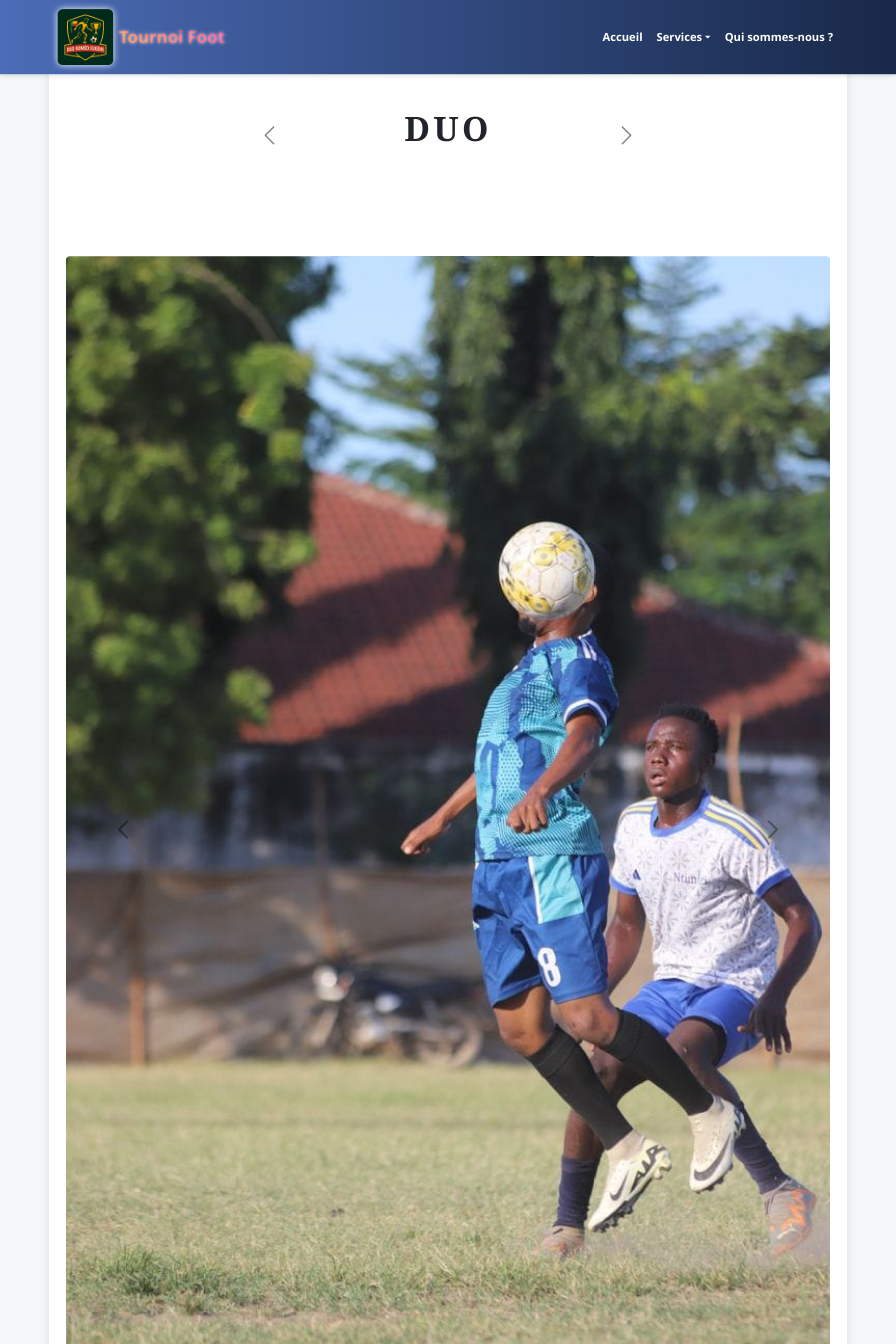
Repository: KILAYOSSI/tournoi_foot
Page: templates/pages/home.html.twig
These files come from the project's save history. The page is drawn as it stood at one moment and after the next save; the edit follows.
The browser window is 1280 px wide. The pictures show the part of the page from y = 0 to 1920 px (the page is 3385 px tall before and 3315 px after), at 70% of full size.
The page is a Twig template of a Symfony application; nobody is signed in and links lead nowhere. The template is opened directly, without the code that normally fills it, so the values that code supplies are empty.

Above is the page before, as saved 2025-06-24 21:29:28.

### templates/pages/home.html.twig
{% extends 'base.html.twig' %}

{% block title %}Accueil - Tournoi de Football Inter-Village{% endblock %}

{% block body %}
<div class="container my-5">
<div class="banner rounded overflow-hidden position-relative mb-5" style="height: 250px; overflow: hidden; border-radius: 0.5rem; position: relative; margin-top: 0.5rem;">
        <div id="carouselTournoi" class="carousel slide position-absolute top-50 start-50 translate-middle" data-bs-ride="carousel" data-bs-interval="3000" style="width: 100%; max-width: 600px;">
            <div class="carousel-inner">
                <div class="carousel-item active">
                    <h1 class="text-dark display-4 fw-bold text-center" style="font-family: 'Georgia', serif; font-weight: 900; font-size: 3rem; letter-spacing: 0.1em; text-transform: uppercase;">TOURNOI</h1>
                </div>
                <div class="carousel-item">
                    <h1 class="text-dark display-4 fw-bold text-center" style="font-family: 'Georgia', serif; font-weight: 900; font-size: 3rem; letter-spacing: 0.1em; text-transform: uppercase;">DUO</h1>
                </div>
                <div class="carousel-item">
                    <h1 class="text-dark display-4 fw-bold text-center" style="font-family: 'Georgia', serif; font-weight: 900; font-size: 3rem; letter-spacing: 0.1em; text-transform: uppercase;">ROMEO</h1>
                </div>
                <div class="carousel-item">
                    <h1 class="text-dark display-4 fw-bold text-center" style="font-family: 'Georgia', serif; font-weight: 900; font-size: 3rem; letter-spacing: 0.1em; text-transform: uppercase;">EUGENE</h1>
                </div>
            </div>
            <button class="carousel-control-prev" type="button" data-bs-target="#carouselTournoi" data-bs-slide="prev" style="filter: invert(1);">
                <span class="carousel-control-prev-icon" aria-hidden="true"></span>
                <span class="visually-hidden">Précédent</span>
            </button>
            <button class="carousel-control-next" type="button" data-bs-target="#carouselTournoi" data-bs-slide="next" style="filter: invert(1);">
                <span class="carousel-control-next-icon" aria-hidden="true"></span>
                <span class="visually-hidden">Suivant</span>
            </button>
        </div>
    </div>
    <div id="carouselImages" class="carousel slide image-below-header rounded overflow-hidden mb-5" data-bs-ride="carousel" data-bs-interval="3000" style="height: auto; overflow: hidden; border-radius: 0.5rem;">
        <div class="carousel-inner">
            <div class="carousel-item active">
                <img src="{{ asset('/assets/WhatsApp Image 2025-06-24 à 20.09.41_6bca5883.jpg') }}" class="d-block w-100" alt="Image 1" style="object-fit: cover;">
            </div>
            <div class="carousel-item">
                <img src="{{ asset('/assets/WhatsApp Image 2025-06-02 à 13.04.59_20d5f18b.jpg') }}" class="d-block w-100" alt="Image 2" style="object-fit: cover;">
            </div>
            <div class="carousel-item">
                <img src="{{ asset('/assets/WhatsApp Image 2025-06-02 à 13.04.59_9823f334.jpg') }}" class="d-block w-100" alt="Image 3" style="object-fit: cover;">
            </div>
        </div>
        <button class="carousel-control-prev" type="button" data-bs-target="#carouselImages" data-bs-slide="prev" style="filter: invert(1);">
            <span class="carousel-control-prev-icon" aria-hidden="true"></span>
            <span class="visually-hidden">Précédent</span>
        </button>
        <button class="carousel-control-next" type="button" data-bs-target="#carouselImages" data-bs-slide="next" style="filter: invert(1);">
            <span class="carousel-control-next-icon" aria-hidden="true"></span>
            <span class="visually-hidden">Suivant</span>
        </button>
    </div>

    <section class="mb-5">
        <h2 class="mb-4">À PROPOS</h2>
        <div class="row text-center g-4">
            <div class="col-md-3">
                <a href="{{ path('clubs_joueurs') }}" class="btn btn-outline-primary shadow-sm p-4 h-100 d-flex flex-column justify-content-center align-items-center text-decoration-none text-dark rounded" style="font-size: 1.2rem; border-radius: 1rem;">
                    <div class="mb-3 d-flex justify-content-center align-items-center" style="font-size: 30px;">
                        <span style="border: 2px solid black; border-radius: 50%; width: 30px; height: 30px; display: inline-block;"></span>
                    </div>
                    <h5 class="fw-bold">DES ÉQUIPES</h5>
                    <p>Un tournoi avec de nombreuses équipes</p>
                </a>
            </div>
            <div class="col-md-3">
                <a href="{{ path('phase_qualificative') }}" class="btn btn-outline-danger shadow-sm p-4 h-100 d-flex flex-column justify-content-center align-items-center text-decoration-none text-dark rounded" style="font-size: 1.2rem; border-radius: 1rem;">
                    <div class="mb-3 d-flex flex-column justify-content-center align-items-center" style="font-size: 30px; gap: 6px;">
                        <div style="width: 25px; height: 3px; background-color: black;"></div>
                        <div style="width: 25px; height: 3px; background-color: black;"></div>
                        <div style="width: 25px; height: 3px; background-color: black;"></div>
                    </div>
                    <h5 class="fw-bold">PHASE QUALIFICATIVE</h5>
                    <p>Un système de qualification compétitif</p>
                </a>
            </div>
            <div class="col-md-3">
                <a href="{{ path('phase_finale') }}" class="btn btn-outline-success shadow-sm p-4 h-100 d-flex flex-column justify-content-center align-items-center text-decoration-none text-dark rounded" style="font-size: 1.2rem; border-radius: 1rem;">
                    <div class="mb-3 d-flex justify-content-center align-items-center" style="font-size: 30px;">
                        <div style="width: 25px; height: 3px; background-color: black;"></div>
                        <div style="width: 25px; height: 3px; background-color: black;"></div>
                        <div style="width: 25px; height: 3px; background-color: black;"></div>
                    </div>
                    <h5 class="fw-bold">PHASES FINALES</h5>
                    <p>Un système de qualification compétitif</p>
                </a>
            </div>
            <div class="col-md-3">
                <a href="{{ path('calendrier') }}" class="btn btn-outline-warning shadow-sm p-4 h-100 d-flex flex-column justify-content-center align-items-center text-decoration-none text-dark rounded" style="font-size: 1.2rem; border-radius: 1rem;">
                    <div class="mb-3 d-flex justify-content-center align-items-center" style="font-size: 30px;">
                        <svg xmlns="http://www.w3.org/2000/svg" width="30" height="30" fill="none" stroke="black" stroke-width="2" stroke-linecap="round" stroke-linejoin="round" class="feather feather-clock" viewBox="0 0 24 24">
                            <circle cx="12" cy="12" r="10"></circle>
                            <polyline points="12 6 12 12 16 14"></polyline>
                        </svg>
                    </div>
                    <h5 class="fw-bold">MATCHS PASSIONNANTS</h5>
                    <p>Des rencontres riches en émotions</p>
                </a>
            </div>
        </div>
    </section>

    <section>
        <h2 class="mb-4">STATISTIQUES</h2>
        <div class="row text-center g-4">
            <div class="col-md-3">
                <div class="stat-card p-4 rounded shadow-sm bg-light">
                    <h3 class="fw-bold">{{ clubsCount }}</h3>
                    <p>CLUBS</p>
                </div>
            </div>
            <div class="col-md-3">
                <div class="stat-card p-4 rounded shadow-sm bg-light">
                    <h3 class="fw-bold">{{ matchsCount }}</h3>
                    <p>MATCHS</p>
                </div>
            </div>
            <div class="col-md-3">
                <div class="stat-card p-4 rounded shadow-sm bg-light">
                    <h3 class="fw-bold">{{ butsCount }}</h3>
                    <p>BUTS MARQUÉS</p>
                </div>
            </div>
            <div class="col-md-3">
                <div class="stat-card p-4 rounded shadow-sm bg-light">
                    <h3 class="fw-bold">{{ statistiquesCount }}</h3>
                    <p>STATISTIQUES</p>
                </div>
            </div>
        </div>
    </section>

    <section class="mb-5">
        <h2 class="mb-4">Informations Tournoi</h2>
        <div class="p-4 rounded shadow-sm bg-light">
            <h5>Prix de participation des équipes</h5>
            <p>Chaque équipe doit payer un montant de <strong>12000 FCFA</strong> pour participer au tournoi.</p>
            <h5>Règle du jeu</h5>
            <p>Le tournoi se déroule en phases de poules suivies d'une phase finale à élimination directe. Chaque match dure 90 minutes, et tirs au but en cas d'égalité.</p>
            <h5>Prix des cartons et sanctions</h5>
            <ul>
                <li>Carton jaune : Avertissement</li>
                <li>Carton rouge : Expulsion immédiate du joueur</li>
                <li>Accumulation de 3 cartons jaunes : Suspension d'un match</li>
                <li>Comportement antisportif : Sanctions disciplinaires pouvant aller jusqu'à l'exclusion du tournoi</li>
            </ul>
        </div>
    </section>
</div>
{% endblock %}

### templates/base.html.twig
<!DOCTYPE html>
<html lang="fr">
<head>
    <meta charset="UTF-8" />
    <meta name="viewport" content="width=device-width, initial-scale=1" />
    <title>{% block title %}Tournoi de Football Inter-Village{% endblock %}</title>
    <link href="https://cdn.jsdelivr.net/npm/bootstrap@5.3.0/dist/css/bootstrap.min.css" rel="stylesheet" />
    <link rel="stylesheet" href="{{ asset('css/style.css') }}" />
    {% block stylesheets %}{% endblock %}
</head>
<body>
    <header>
        <nav class="navbar navbar-expand-lg fixed-top" style="background: linear-gradient(90deg, #4b6cb7 0%, #182848 100%); box-shadow: 0 4px 6px rgba(0,0,0,0.1);">
            <div class="container">
                <a class="navbar-brand d-flex align-items-center" href="{{ path('home') }}" style="font-weight: bold; font-size: 1.5rem; color: white; text-shadow: 0 0 5px rgba(255,255,255,0.7);">
<img src="{{ asset('assets/WhatsApp Image 2025-06-23 à 13.44.55_704b8a70.jpg') }}" alt="Logo" height="80" class="d-inline-block align-text-top me-2" style="filter: drop-shadow(0 0 5px #fff); border-radius: 0.5rem; max-height: 100px; max-width: 100px; object-fit: contain;"/>
                    <span style="background: linear-gradient(45deg, #ff6a00, #ee0979); -webkit-background-clip: text; -webkit-text-fill-color: transparent;">Tournoi Foot</span>
                </a>
                <button
                    class="navbar-toggler border-0"
                    type="button"
                    data-bs-toggle="collapse"
                    data-bs-target="#megaNavbar"
                    aria-controls="megaNavbar"
                    aria-expanded="false"
                    aria-label="Toggle navigation"
                >
                    <span class="navbar-toggler-icon" style="filter: invert(1);"></span>
                </button>

                <div class="collapse navbar-collapse" id="megaNavbar">
                    <ul class="navbar-nav ms-auto mb-2 mb-lg-0 fw-semibold">
                        <li class="nav-item">
                            <a class="nav-link text-white d-flex align-items-center" href="{{ path('home') }}">
                                <i class="fas fa-home me-1"></i> Accueil
                            </a>
                        </li>
                        <li class="nav-item dropdown">
                            <a class="nav-link dropdown-toggle text-white d-flex align-items-center" href="#" id="servicesDropdown" role="button" data-bs-toggle="dropdown" aria-expanded="false">
                                <i class="fas fa-star me-1"></i> Services
                            </a>
                            <ul class="dropdown-menu dropdown-menu-dark" aria-labelledby="servicesDropdown" style="background: linear-gradient(135deg, #667eea, #764ba2); border: none; box-shadow: 0 4px 10px rgba(0,0,0,0.3);">
                                <li><a class="dropdown-item text-white" href="{{ path('vote') }}"><i class="fas fa-vote-yea me-2"></i> Vote</a></li>
                                <li><a class="dropdown-item text-white" href="{{ path('match_du_jour') }}"><i class="fas fa-futbol me-2"></i> Matchs du jour</a></li>
                                <li><a class="dropdown-item text-white" href="{{ path('statistiques') }}"><i class="fas fa-chart-bar me-2"></i> Statistiques</a></li>
                                <li><a class="dropdown-item text-white" href="{{ path('calendrier') }}"><i class="fas fa-calendar-alt me-2"></i> Calendrier</a></li>
                                <li><a class="dropdown-item text-white" href="{{ path('clubs_joueurs') }}"><i class="fas fa-users me-2"></i> Clubs & Joueurs</a></li>
                            </ul>
                        </li>
                        <li class="nav-item">
                            <a class="nav-link text-white d-flex align-items-center" href="{{ path('about') }}">
                                <i class="fas fa-info-circle me-1"></i> Qui sommes-nous ?
                            </a>
                        </li>
                        <li class="nav-item">
                            {# Suppression du menu Contact #}
                        </li>
                    </ul>
                </div>
            </div>
        </nav>
    </header>

    <main class="container my-4">
        {% block body %}{% endblock %}
    </main>

    <footer class="bg-dark text-white text-center py-5" style="min-height: 300px;">
        <div class="container">
            <h4 class="mb-4">Tournoi de Football Inter-Village</h4>
            <p>© {{ "now"|date("Y") }} Tous droits réservés.</p>
            <p>Contactez-nous : contact@tournoifootball.com | +33 1 23 45 67 89</p>
            <p>Adresse : 123 Rue du Football, Paris, France</p>
            <p>Suivez-nous sur les réseaux sociaux :</p>
            <ul class="list-inline">
                <li class="list-inline-item"><a href="#" class="text-white">Facebook</a></li>
                <li class="list-inline-item"><a href="#" class="text-white">Twitter</a></li>
                <li class="list-inline-item"><a href="#" class="text-white">Instagram</a></li>
            </ul>
        </div>
    </footer>

    <script src="https://cdn.jsdelivr.net/npm/bootstrap@5.3.0/dist/js/bootstrap.bundle.min.js"></script>
    {% block javascripts %}
    {% endblock %}
</body>
</html>

### public/css/style.css
/* Style global pour le site */

body {
    font-family: 'Segoe UI', Tahoma, Geneva, Verdana, sans-serif;
    background-color: #f4f6f8;
    margin: 0;
    padding: 0;
    color: #333;
}

a {
    color: #007bff;
    text-decoration: none;
}

a:hover {
    text-decoration: underline;
}

header {
    background-color: #343a40;
    padding: 10px 20px;
}

.navbar {
    display: flex;
    align-items: center;
    justify-content: space-between;
}

.navbar-brand a {
    color: #fff;
    font-size: 1.5rem;
    font-weight: bold;
}

.navbar-menu {
    list-style: none;
    display: flex;
    margin: 0;
    padding: 0;
}

.navbar-menu li {
    margin-left: 20px;
}

.navbar-menu li a {
    color: #fff;
    font-weight: 500;
    padding: 8px 12px;
    border-radius: 4px;
    transition: background-color 0.3s ease;
}

.navbar-menu li a:hover,
.navbar-menu li a.active {
    background-color: #007bff;
    color: #fff;
}

main {
    max-width: 1200px;
    margin: 30px auto;
    padding: 0 20px;
    background-color: #fff;
    border-radius: 8px;
    box-shadow: 0 4px 12px rgba(0,0,0,0.1);
    min-height: 600px;
}

footer {
    text-align: center;
    padding: 15px 0;
    background-color: #343a40;
    color: #fff;
    margin-top: 40px;
    font-size: 0.9rem;
}

/* Styles spécifiques aux sections */

h1, h2, h3 {
    color: #222;
    margin-bottom: 20px;
}

/* Formulaires */

form {
    max-width: 600px;
    margin: 0 auto;
}

input[type="text"],
input[type="number"],
select,
textarea {
    width: 100%;
    padding: 10px;
    margin-bottom: 15px;
    border: 1px solid #ccc;
    border-radius: 4px;
    font-size: 1rem;
}

button {
    background-color: #007bff;
    border: none;
    color: white;
    padding: 12px 20px;
    font-size: 1rem;
    border-radius: 4px;
    cursor: pointer;
    transition: background-color 0.3s ease;
}

button:hover {
    background-color: #0056b3;
}

/* Tableaux */

table {
    width: 100%;
    border-collapse: collapse;
    margin-bottom: 30px;
}

th, td {
    padding: 12px 15px;
    border: 1px solid #ddd;
    text-align: left;
}

th {
    background-color: #007bff;
    color: white;
}

/* Styles pour les boîtes de statistiques */

.stats-container {
    background-color: #0d47a1 !important;
    background: linear-gradient(135deg, #0d47a1, #1976d2) !important;
    border-radius: 12px;
    padding: 20px;
    color: #0d47a1; /* couleur bleue pour le texte */
    width: 100%;
    height: 100vh;
    margin: 0;
    text-align: center;
}

.stats-container > div {
    margin-bottom: 20px;
}

.stats-container h3 {
    color: #ffdd57;
    font-weight: bold;
    margin-bottom: 10px;
}

.stats-container ol {
    margin-left: 20px;
    text-align: left;
    display: inline-block;
}

/* Responsive */

@media (max-width: 768px) {
    .navbar-menu {
        flex-direction: column;
        background-color: #343a40;
        position: absolute;
        top: 60px;
        right: 0;
        width: 200px;
        display: none;
    }

    .navbar-menu.show {
        display: flex;
    }

    .navbar-menu li {
        margin: 10px 0;
    }
}

/* Styles pour la page d'accueil personnalisée */

.images-tournoi {
    gap: 1rem;
}

.img-tournoi {
    width: 32%;
    height: 200px;
    object-fit: cover;
    border-radius: 0.5rem;
    box-shadow: 0 4px 8px rgba(0,0,0,0.1);
    transition: transform 0.3s ease;
}

.img-tournoi:hover {
    transform: scale(1.05);
}

.info-localisation {
    align-items: center;
}

.map-container iframe {
    border-radius: 0.5rem;
    box-shadow: 0 4px 12px rgba(0,0,0,0.15);
}

.contact-info p {
    font-size: 1rem;
    margin-bottom: 0.8rem;
}

.contact-info strong {
    color: #007bff;
}

/* Styles pour la page Match du jour */

.matchs-du-jour, .resultats-recents {
    background-color: #0b2545;
    color: white;
    border-radius: 8px;
    padding: 1rem;
}

/* Mega menu Cartons personnalisé */

.navbar-nav > li.dropdown.position-static:hover > .dropdown-menu {
    display: block;
    animation: fadeInScale 0.4s ease forwards;
}

@keyframes fadeInScale {
    0% {
        opacity: 0;
        transform: scale(0.95);
    }
    100% {
        opacity: 1;
        transform: scale(1);
    }
}

.dropdown-menu {
    border-radius: 1rem !important;
    box-shadow: 0 8px 20px rgba(255, 111, 145, 0.4);
    font-family: 'Georgia', serif;
    font-size: 1.3rem;
    color: #ff4a75;
    background: linear-gradient(135deg, #ffe6f0, #fff0f6);
    padding: 2rem !important;
}

.dropdown-menu a.dropdown-item {
    transition: color 0.3s ease, transform 0.3s ease;
    border-radius: 0.5rem;
    padding: 0.8rem 1rem;
}

.dropdown-menu a.dropdown-item:hover {
    color: #fff !important;
    background-color: #ff6f91 !important;
    transform: scale(1.1);
    box-shadow: 0 0 10px #ff6f91;
    font-weight: bold;
}

/* Style pour le texte du mega menu */

.dropdown-menu .row > div {
    padding: 0.5rem 1rem;
}

/* Style pour le lien Cartons dans la navbar */

.navbar-nav > li.dropdown.position-static > a.nav-link {
    font-size: 1.8rem;
    font-weight: 700;
    color: #ff4a75 !important;
    text-shadow: 0 0 5px #ff6f91;
    transition: color 0.3s ease;
}

.navbar-nav > li.dropdown.position-static > a.nav-link:hover {
    color: #ff1a4d !important;
    text-shadow: 0 0 10px #ff1a4d;
}

After the next save:
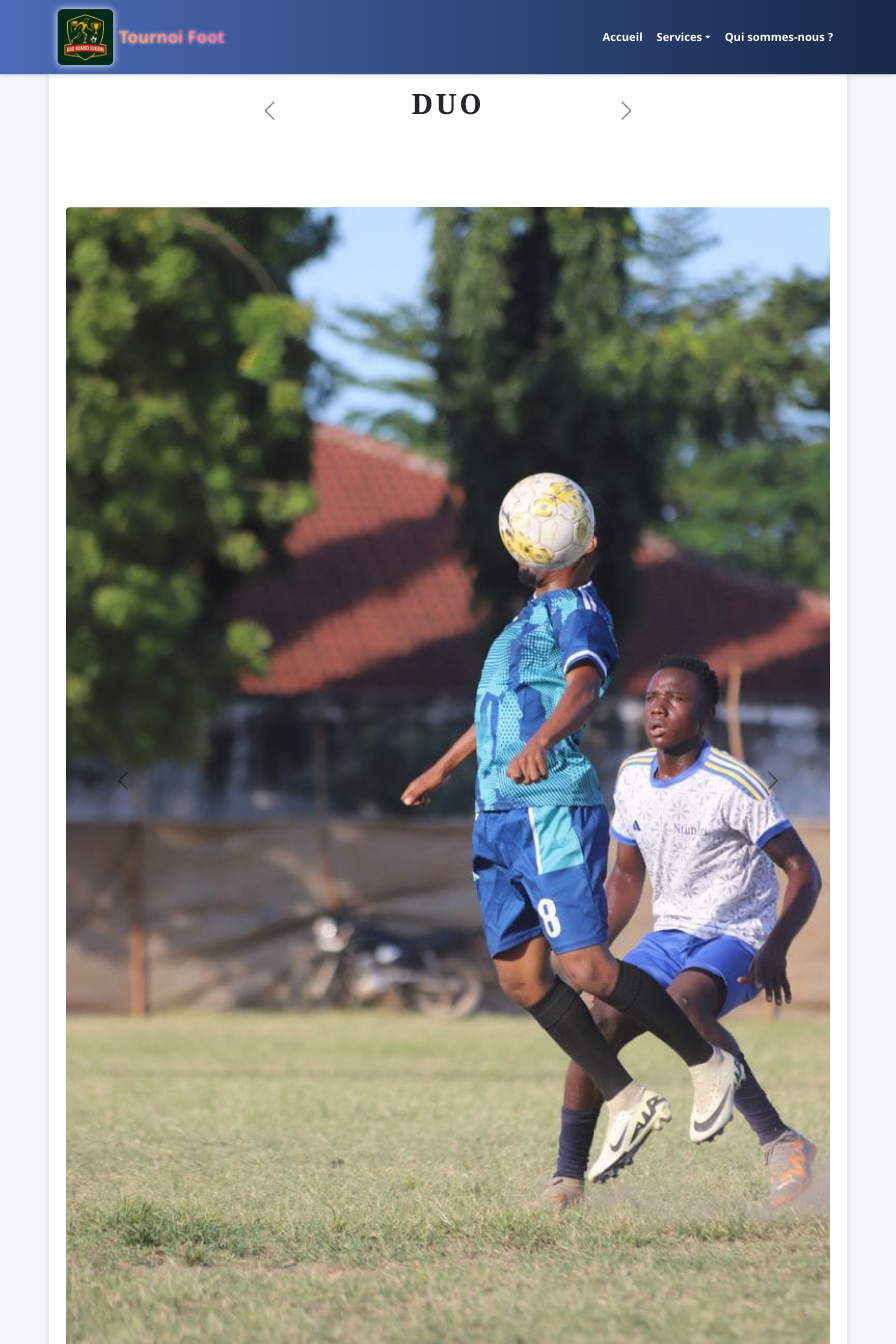
Saved 2 min 49 s later.
--- a/templates/pages/home.html.twig
+++ b/templates/pages/home.html.twig
@@ -4,20 +4,20 @@
 
 {% block body %}
 <div class="container my-5">
-<div class="banner rounded overflow-hidden position-relative mb-5" style="height: 250px; overflow: hidden; border-radius: 0.5rem; position: relative; margin-top: 0.5rem;">
+<div class="banner rounded overflow-hidden position-relative mb-5" style="height: 180px; overflow: hidden; border-radius: 0.5rem; position: relative; margin-top: 0;">
         <div id="carouselTournoi" class="carousel slide position-absolute top-50 start-50 translate-middle" data-bs-ride="carousel" data-bs-interval="3000" style="width: 100%; max-width: 600px;">
             <div class="carousel-inner">
                 <div class="carousel-item active">
-                    <h1 class="text-dark display-4 fw-bold text-center" style="font-family: 'Georgia', serif; font-weight: 900; font-size: 3rem; letter-spacing: 0.1em; text-transform: uppercase;">TOURNOI</h1>
+                    <h1 class="text-dark display-4 fw-bold text-center" style="font-family: 'Georgia', serif; font-weight: 900; font-size: 2.5rem; letter-spacing: 0.1em; text-transform: uppercase;">TOURNOI</h1>
                 </div>
                 <div class="carousel-item">
-                    <h1 class="text-dark display-4 fw-bold text-center" style="font-family: 'Georgia', serif; font-weight: 900; font-size: 3rem; letter-spacing: 0.1em; text-transform: uppercase;">DUO</h1>
+                    <h1 class="text-dark display-4 fw-bold text-center" style="font-family: 'Georgia', serif; font-weight: 900; font-size: 2.5rem; letter-spacing: 0.1em; text-transform: uppercase;">DUO</h1>
                 </div>
                 <div class="carousel-item">
-                    <h1 class="text-dark display-4 fw-bold text-center" style="font-family: 'Georgia', serif; font-weight: 900; font-size: 3rem; letter-spacing: 0.1em; text-transform: uppercase;">ROMEO</h1>
+                    <h1 class="text-dark display-4 fw-bold text-center" style="font-family: 'Georgia', serif; font-weight: 900; font-size: 2.5rem; letter-spacing: 0.1em; text-transform: uppercase;">ROMEO</h1>
                 </div>
                 <div class="carousel-item">
-                    <h1 class="text-dark display-4 fw-bold text-center" style="font-family: 'Georgia', serif; font-weight: 900; font-size: 3rem; letter-spacing: 0.1em; text-transform: uppercase;">EUGENE</h1>
+                    <h1 class="text-dark display-4 fw-bold text-center" style="font-family: 'Georgia', serif; font-weight: 900; font-size: 2.5rem; letter-spacing: 0.1em; text-transform: uppercase;">EUGENE</h1>
                 </div>
             </div>
             <button class="carousel-control-prev" type="button" data-bs-target="#carouselTournoi" data-bs-slide="prev" style="filter: invert(1);">
